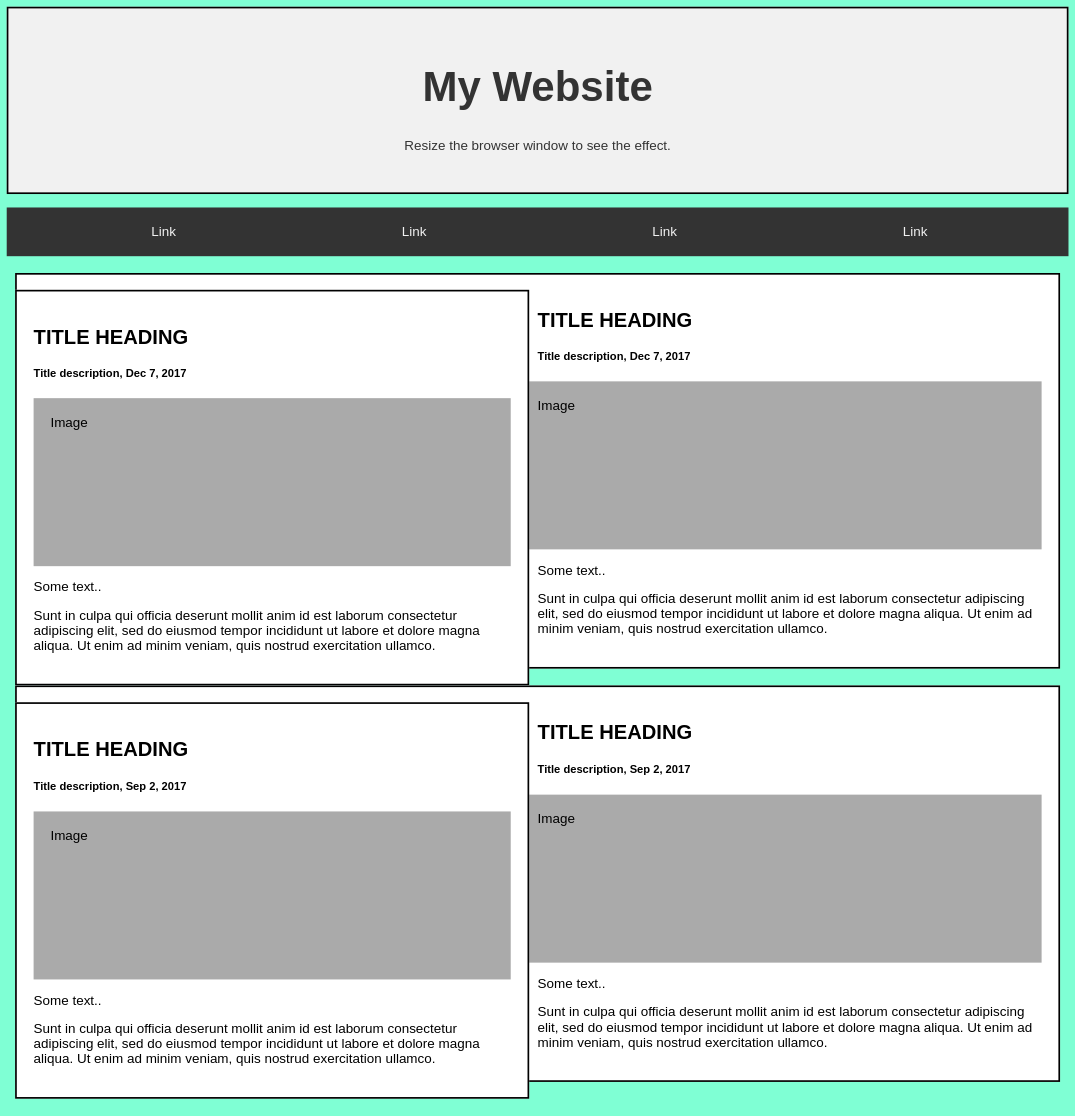
Repository: Divineridh/LPPAChallenges
Page: Trabajos en Clase/ejercicio web responsive/ejercicio.html
These files come from the project's save history. The page is drawn as it stood at one moment and after the next save; the edit follows.
The browser window is 1280 px wide. The pictures show the whole page, at 84% of full size.

Above is the page before, as saved 2022-05-03 21:25:25.

After the next save:
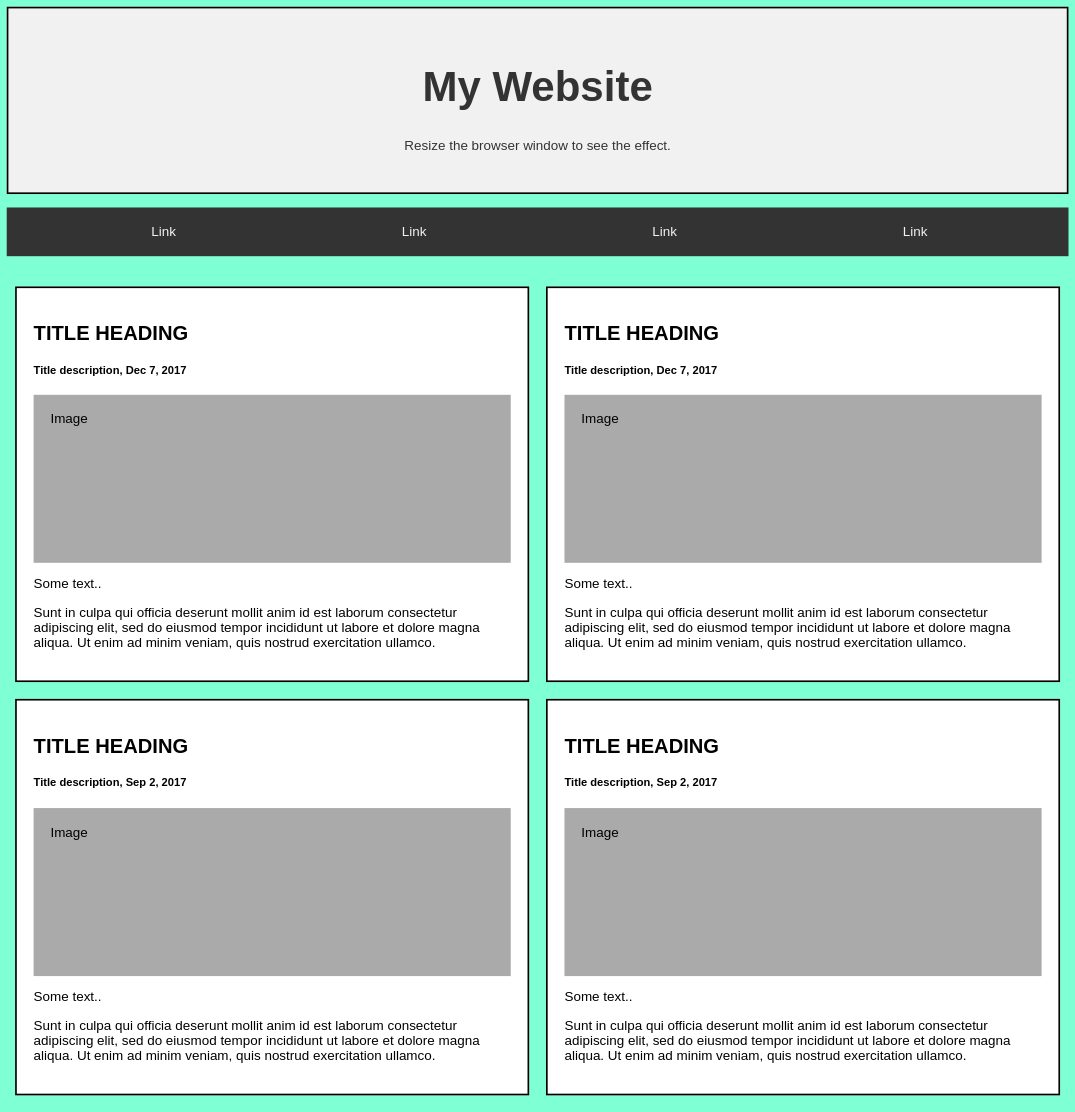
Saved 14 s later.
--- a/Trabajos en Clase/ejercicio web responsive/media.css
+++ b/Trabajos en Clase/ejercicio web responsive/media.css
@@ -18,6 +18,10 @@
         float: left;
         width: 50%;
     }
+    .right-column {
+        float: right;
+        width: 50%;
+    }
 }
 
 @media screen and (min-width: 992px) {
